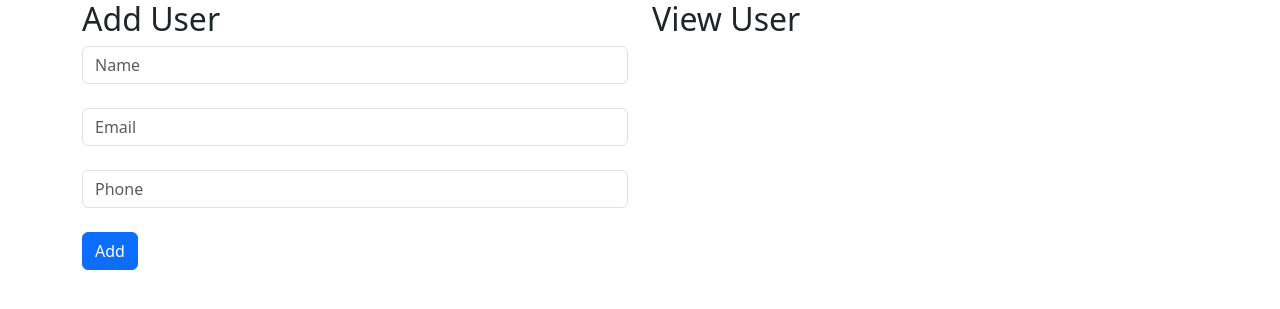
Repository: 9703146255/ADV-JAVA-PROJECTS
Page: http://localhost/03-CrudOperationProject/
These files come from the project's save history. The page is drawn as it stood at one moment and after the next save; the edit follows.
The browser window is 1280 px wide. The pictures show the whole page.
The page is served by Tomcat 9.

Above is the page before, as saved 2023-11-07 07:35:26.

After the next save:
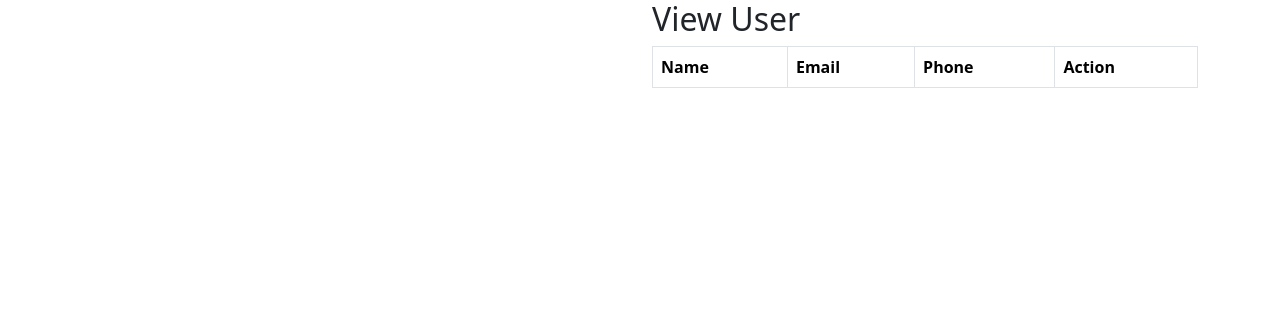
Saved 2 min 9 s later.
--- a/03-CrudOperationProject/src/main/webapp/user.jsp
+++ b/03-CrudOperationProject/src/main/webapp/user.jsp
@@ -13,17 +13,33 @@
   <div class="container">
     <div class="row">
       <div class="col-md-6">
-        <h2>Add User</h2>
-        <form action="UserController" method="post">
-          <input type="text" name="name" class="form-control" placeholder="Name" required><br>
-          <input type="text" name="email" class="form-control" placeholder="Email" required><br>
-          <input type="text" name="phone" class="form-control" placeholder="Phone" required><br>
-          <input type="submit" class="btn btn-primary" value="Add">
-        </form>
+        <!-- Add User Form (left column) -->
       </div>
       <div class="col-md-6">
         <h2>View User</h2>
-        <!-- Place your code for viewing users here -->
+        <table class="table table-bordered">
+          <thead>
+            <tr>
+              <th>Name</th>
+              <th>Email</th>
+              <th>Phone</th>
+              <th>Action</th>
+            </tr>
+          </thead>
+          <tbody>
+            <c:forEach items="${users}" var="user">
+              <tr>
+                <td>${user.name}</td>
+                <td>${user.email}</td>
+                <td>${user.phone}</td>
+                <td>
+                  <a href="editUser.jsp?id=${user.id}" class="btn btn-primary">Edit</a>
+                  <a href="deleteUser?id=${user.id}" class="btn btn-danger">Delete</a>
+                </td>
+              </tr>
+            </c:forEach>
+          </tbody>
+        </table>
       </div>
     </div>
   </div>
